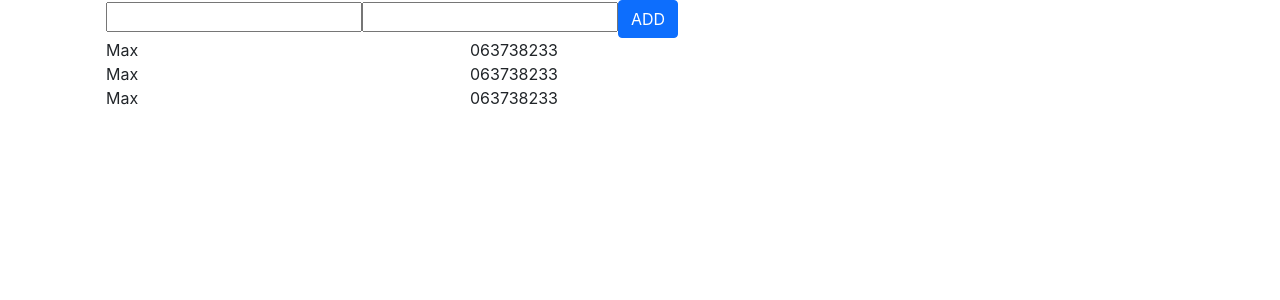
Repository: tsydikov/phone_book
Page: /
These files come from the project's save history. The page is drawn as it stood at one moment and after the next save; the edit follows.
The browser window is 1280 px wide. The pictures show the whole page.
The project was rebuilt for these pictures with package versions that can differ from the ones it lists, and the page was loaded fresh each time. Also part of the build but not shown: src/App.css.

Above is the page before, as saved 2021-10-07 19:12:00.

After the next save:
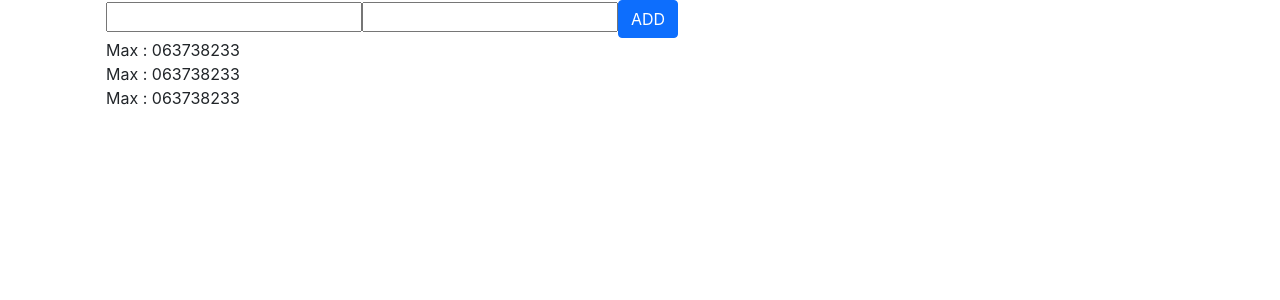
Saved 32 s later.
--- a/src/components/PhoneItem.jsx
+++ b/src/components/PhoneItem.jsx
@@ -5,9 +5,7 @@ const PhoneItem = ({phone}) => {
   return (
     <Container>
       <Row>
-        <Col>{phone.name}</Col>
-        <Col>{phone.phoneNamber}</Col>
-        <Col></Col>
+        <Col>{phone.name} : {phone.phoneNamber}</Col>
       </Row>
     </Container>
   );
